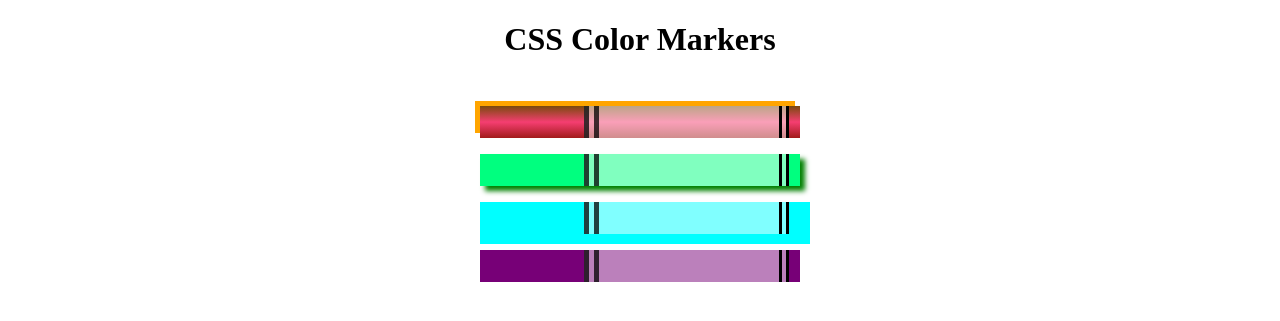
Repository: Lungdjos/color_markers
Page: index.html
The author's editor kept a copy of each file at every save. The page is drawn from the files as they stood at one save, then again after a run of saves.
The browser window is 1280 px wide. The pictures show the whole page.

Above is the page before, as saved 2023-09-28 11:37:38.

### index.html
<!DOCTYPE html>
<html lang="en">

<head>
    <meta charset="UTF-8">
    <meta name="viewport" content="width=device-width, initial-scale=1.0">
    <title>Colored Markers</title>
    <link rel="stylesheet" href="styles.css">
</head>

<body>
    <h1>CSS Color Markers</h1>
    <div class="container">
        <div class="marker orange">
            <div class="cap"></div>
            <div class="sleeve"></div>
        </div>
        <div class="marker green">
            <div class="cap"></div>
            <div class="sleeve"></div>
        </div>
        <div class="marker cyan">
            <div class="cap"></div>
            <div class="sleeve"></div>
        </div>
        <div class="marker purple">
            <div class="cap"></div>
            <div class="sleeve"></div>
        </div>
    </div>
</body>

</html>

### styles.css
/* STYLING */

h1 {
    text-align: center;
}

.marker {
    /* background-color: red; */
    width: 320px;
    height: 32px;
    margin: 16px auto;
}

.orange {
    background: linear-gradient(rgb(122, 74, 14), rgb(245, 62, 113), rgb(162, 27, 27));
    box-shadow: -5px -5px orange;
}

.green {
    background-color: rgb(0, 255, 127);
    box-shadow: 5px 5px 5px green;
}

.cyan {
    background-color: #00ffff;
    box-shadow: 5px 5px 0px 5px cyan;
}

.purple {
    background-color: #707;
}

.container {
    background-color: hsl(255, 100%, 100%);
    margin: auto;
    padding: 10px 0px;
}

.sleeve {
    width: 180px;
    height: 32px;
    background-color: rgba(255, 255, 255, 0.5);
    border-left: 15px double rgba(0, 0, 0, 0.75);
    border-right: 10px double black;
}

.cap {
    width: 100px;
    height: 32px;
}

.cap,
.sleeve {
    display: inline-block;
}

After the next 2 saves:
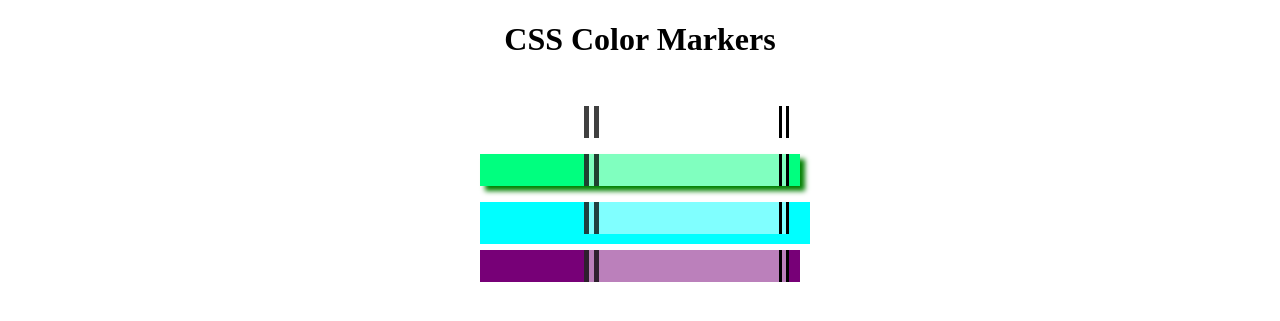
The 2 saves are shown as one change because they came seconds apart.
The last was saved 45 s later.
--- a/styles.css
+++ b/styles.css
@@ -11,7 +11,7 @@
     margin: 16px auto;
 }
 
-.orange {
+..red {
     background: linear-gradient(rgb(122, 74, 14), rgb(245, 62, 113), rgb(162, 27, 27));
     box-shadow: -5px -5px orange;
 }

After the 2 saves that followed:
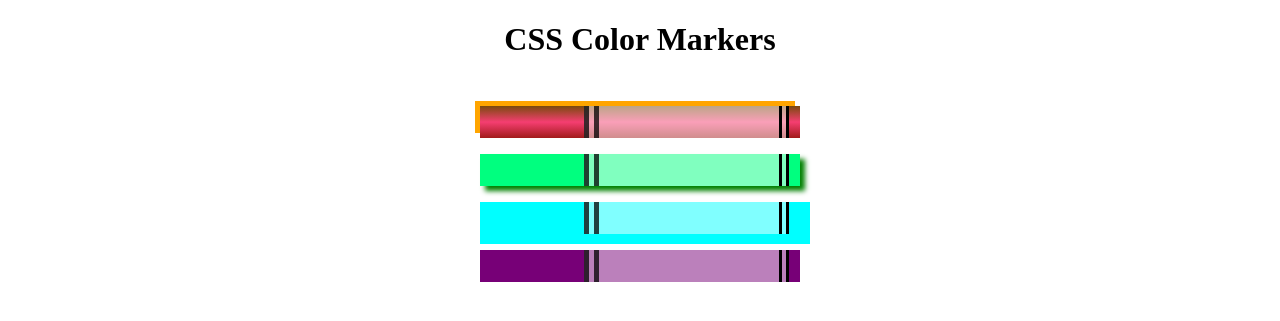
The 2 saves are shown as one change because 1 left the picture as it was.
The last was saved 12 s later.
--- a/index.html
+++ b/index.html
@@ -11,7 +11,7 @@
 <body>
     <h1>CSS Color Markers</h1>
     <div class="container">
-        <div class="marker orange">
+        <div class="marker red">
             <div class="cap"></div>
             <div class="sleeve"></div>
         </div>
--- a/styles.css
+++ b/styles.css
@@ -11,7 +11,7 @@
     margin: 16px auto;
 }
 
-..red {
+.red {
     background: linear-gradient(rgb(122, 74, 14), rgb(245, 62, 113), rgb(162, 27, 27));
     box-shadow: -5px -5px orange;
 }
